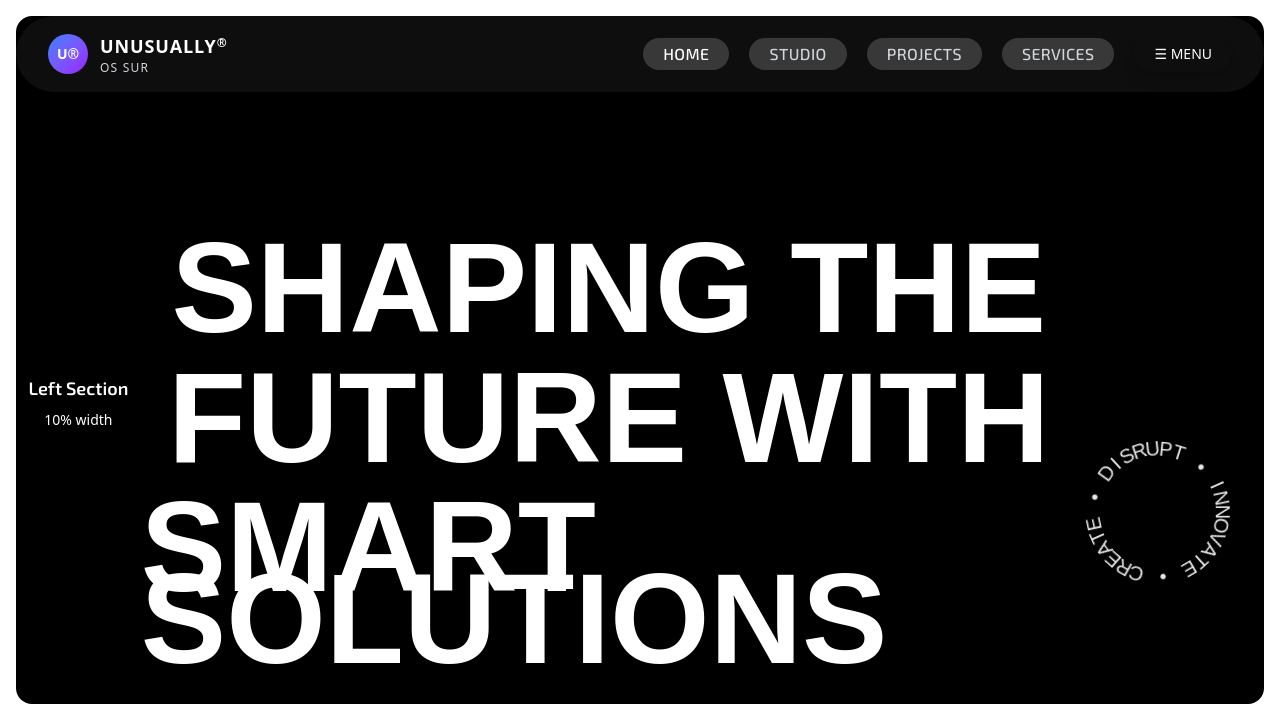
Repository: A-y-u-s-h-29/Digital-Express-India-With-Carrer-Page-And-RazorPay
Page: / (app in op/)
The author's editor kept a copy of each file at every save. The page is drawn from the files as they stood at one save, then again after the next save.
The browser window is 1280 px wide. The pictures show the whole page.
Some web fonts or font styles are not loaded; a fallback is used. The project was rebuilt for these pictures with package versions that can differ from the ones it lists, and the page was loaded fresh each time. Also part of the build but not shown: op/vite.config.js.

Above is the page before, as saved 2025-12-04 15:31:28.

### op/index.html
<!doctype html>
<html lang="en">
  <head>
    <meta charset="UTF-8" />
    <link rel="icon" type="image/svg+xml" href="/vite.svg" />
    <meta name="viewport" content="width=device-width, initial-scale=1.0" />
    <link rel="preconnect" href="https://fonts.googleapis.com">
<link rel="preconnect" href="https://fonts.gstatic.com" crossorigin>
<link href="https://fonts.googleapis.com/css2?family=Alan+Sans:wght@300..900&family=Big+Shoulders:opsz,wght@10..72,100..900&family=Exo+2:ital,wght@0,100..900;1,100..900&family=Montserrat:ital,wght@0,100..900;1,100..900&family=Orbitron:wght@400..900&family=Poppins:ital,wght@0,100;0,200;0,300;0,400;0,500;0,600;0,700;0,800;0,900;1,100;1,200;1,300;1,400;1,500;1,600;1,700;1,800;1,900&family=Rajdhani:wght@300;400;500;600;700&display=swap" rel="stylesheet">
<link rel="preconnect" href="https://fonts.googleapis.com">
<link rel="preconnect" href="https://fonts.gstatic.com" crossorigin>
<link href="https://fonts.googleapis.com/css2?family=Alan+Sans:wght@300..900&family=Big+Shoulders:opsz,wght@10..72,100..900&family=Exo+2:ital,wght@0,100..900;1,100..900&family=Montserrat:ital,wght@0,100..900;1,100..900&family=Orbitron:wght@400..900&family=Poppins:ital,wght@0,100;0,200;0,300;0,400;0,500;0,600;0,700;0,800;0,900;1,100;1,200;1,300;1,400;1,500;1,600;1,700;1,800;1,900&family=Rajdhani:wght@300;400;500;600;700&display=swap" rel="stylesheet">
    <title>op</title>
  </head>
  <body>
    <div id="root"></div>
    <script type="module" src="/src/main.jsx"></script>
  </body>
</html>

### op/src/index.css
@import "tailwindcss";
*{
  box-sizing: border-box;
}
.big {
  font-family: "Big Shoulders", sans-serif;

  font-style: normal;
}
.exo {
  font-family: "Exo 2", sans-serif;

  font-style: normal;
}

### op/src/App.jsx
import React from 'react'
import Home from './components/Home'

function App() {
  return (
   <>
   <Home/>


   </>
  )
}

export default App

### op/src/components/Home.jsx
import React from "react";
import Navbar from "./Navbar";
import CircularText from "./CircularText";


function Home() {
  return (
    <div className="w-full max-h-screen lg:h-[120vh] lg:py-4 lg:px-4">
      <div className="rounded-b-4xl lg:rounded-2xl w-full h-full flex flex-col relative overflow-hidden bg-black">
        {/* Transparent Navbar */}
        <div className="relative z-20">
          <Navbar />
        </div>

        {/* Three Column Layout */}
        <div className="flex flex-1 relative z-10 text-white">
          {/* Left Column - 10% width */}
          <div className="w-[10%] flex items-center justify-center">
            <div className="text-white text-center">
              <p className="exo font-semibold text-lg">Left Section</p>
              <p className="text-sm mt-2">10% width</p>
            </div>
          </div>

          {/* Middle Column - 75% width */}
          <div className="w-[75%] flex flex-col justify-center items-center big">
            <div className="w-full h-full flex flex-col">
              {/* Top Row - 40% height */}
              <div className="h-[40%] flex items-end justify-center pb-4">
                <h1 className="text-5xl md:text-9xl leading-tight md:leading-[4.5rem] font-bold text-white drop-shadow-2xl">
                  SHAPING THE
                </h1>
              </div>

              {/* Middle Row - 30% height */}
              <div className="h-[25%] flex items-center justify-center">
                <h1 className="text-5xl md:text-9xl leading-tight lg:leading-[4.5rem] font-bold text-white drop-shadow-2xl">
                  FUTURE WITH
                </h1>
              </div>

              {/* Bottom Row - 30% height */}
              <div className="h-[35%] flex items-start justify-center pt-4">
                <h1 className="text-5xl md:text-9xl leading-tight lg:leading-[4.5rem] font-bold text-white drop-shadow-2xl">
                  SMART SOLUTIONS
                </h1>
              </div>
            </div>
          </div>

          {/* Right Column - 15% width */}
          <div className="w-[15%] flex flex-col justify-center  ">
            {/* Vertical Circular Text */}
            <div className="relative h-full  ">
              <button className="mt-55">
              <CircularText
                text="INNOVATE • CREATE • DISRUPT • "
                spinDuration={30}
                onHover="speedUp"
                className="text-white/90  big font-light text-xs  "
              />
              </button>


              {/* Scroll indicator */}

            </div>


          </div>
        </div>
      </div>
    </div>
  );
}

export default Home;

### op/src/components/Navbar.jsx
import React, { useState, useRef, useEffect } from 'react';
import { gsap } from 'gsap';

function Navbar({ isHomePage = false }) {
  const [isMenuOpen, setIsMenuOpen] = useState(false);
  const menuOverlayRef = useRef(null);
  const mobileMenuRef = useRef(null);

  // Menu items data for the menu overlay
  const menuOverlayItems = [
    { title: 'HOME', number: '01' },
    { title: 'ABOUT', number: '02' },
    { title: 'PROJECTS', number: '03' },
    { title: 'SERVICES', number: '04' },

  ];

  // Menu items for navbar links
  const navMenuItems = [
    { title: 'HOME', color: 'from-blue-500 to-cyan-400' },
    { title: 'STUDIO', color: 'from-purple-500 to-pink-500' },
    { title: 'PROJECTS', color: 'from-green-500 to-emerald-400' },
    { title: 'SERVICES', color: 'from-yellow-500 to-orange-500' },
    { title: 'ABOUT', color: 'from-red-500 to-rose-400' },
    { title: 'CONTACT', color: 'from-indigo-500 to-blue-400' },
  ];

  // Initialize menu as hidden
  useEffect(() => {
    if (menuOverlayRef.current) {
      menuOverlayRef.current.style.display = 'none';
    }
  }, []);

  const handleMenuClick = () => {
    const wasOpen = isMenuOpen;
    setIsMenuOpen(!wasOpen);

    if (!wasOpen) {
      // OPEN MENU ANIMATION - bottom-right से slide in
      if (menuOverlayRef.current) {
        menuOverlayRef.current.style.display = 'flex';

        // Get the menu container
        const menuContainer = menuOverlayRef.current.querySelector('.relative');

        if (menuContainer) {
          // Initial position - off screen bottom-right
          gsap.set(menuContainer, {
            x: '100%',
            y: '100%',
            opacity: 0,
            scale: 0.9,
            transformOrigin: 'bottom right'
          });

          // Animate to position
          gsap.to(menuContainer, {
            x: 0,
            y: 0,
            opacity: 1,
            scale: 1,
            duration: 0.8,
            ease: 'expo.out'
          });

          // Background fade in
          gsap.fromTo(menuOverlayRef.current,
            { opacity: 0 },
            { opacity: 1, duration: 0.4 }
          );

          // Menu items animation (from bottom)
          const menuItems = menuContainer.querySelectorAll('.menu-item');
          gsap.fromTo(menuItems,
            {
              opacity: 0,
              y: 40
            },
            {
              opacity: 1,
              y: 0,
              duration: 0.6,
              stagger: 0.1,
              delay: 0.3,
              ease: 'power3.out'
            }
          );

          // Close button animation
          const closeBtn = menuContainer.querySelector('.close-btn');
          if (closeBtn) {
            gsap.fromTo(closeBtn,
              { opacity: 0, rotation: -45 },
              { opacity: 1, rotation: 0, duration: 0.5, delay: 0.8 }
            );
          }
        }
      }

      // Mobile menu animation
      if (mobileMenuRef.current) {
        gsap.fromTo(
          mobileMenuRef.current,
          { height: 0, opacity: 0 },
          { height: 'auto', opacity: 1, duration: 0.4 }
        );
      }
    } else {
      // CLOSE MENU ANIMATION - bottom-right को slide out
      if (menuOverlayRef.current) {
        const menuContainer = menuOverlayRef.current.querySelector('.relative');

        if (menuContainer) {
          // Menu items exit
          const menuItems = menuContainer.querySelectorAll('.menu-item');
          gsap.to(menuItems,
            {
              opacity: 0,
              y: 20,
              duration: 0.3,
              stagger: 0.05,
              ease: 'power2.in'
            }
          );

          // Close button exit
          const closeBtn = menuContainer.querySelector('.close-btn');
          if (closeBtn) {
            gsap.to(closeBtn, {
              opacity: 0,
              rotation: 45,
              duration: 0.3
            });
          }

          // Menu container slide out to bottom-right
          gsap.to(menuContainer, {
            x: '100%',
            y: '100%',
            opacity: 0,
            scale: 0.9,
            duration: 0.6,
            ease: 'expo.in',
            onComplete: () => {
              if (menuOverlayRef.current) {
                menuOverlayRef.current.style.display = 'none';
              }
            }
          });

          // Background fade out
          gsap.to(menuOverlayRef.current, {
            opacity: 0,
            duration: 0.4
          });
        }
      }

      // Mobile menu exit animation
      if (mobileMenuRef.current) {
        gsap.to(mobileMenuRef.current, {
          height: 0,
          opacity: 0,
          duration: 0.3
        });
      }
    }
  };

  return (
    <>
      {/* Main Navbar */}
      <nav
        className={`w-full px-6 py-4 lg:px-8 lg:py-4 ${isHomePage ? 'bg-transparent' : 'bg-[#0E0E0E]'} rounded-full relative z-50`}
      >
        <div className="flex items-center justify-between">
          {/* Logo/Brand Section */}
          <div className="flex items-center">
            <div className="w-10 h-10 rounded-full bg-gradient-to-br from-blue-500 to-purple-600 flex items-center justify-center mr-3">
              <span className="text-white font-bold text-sm">U®</span>
            </div>
            <div className="flex flex-col">
              <span className="text-white font-bold text-lg tracking-wider">UNUSUALLY<sup className="text-xs">®</sup></span>
              <span className="text-gray-300 text-xs tracking-widest">OS SUR</span>
            </div>
          </div>

          <div className='flex items-center gap-5'>
            {/* Desktop Navigation Links */}
            <div className="hidden md:flex items-center space-x-5 exo text-md">
              {navMenuItems.slice(0, 4).map((item, index) => (
                <a
                  key={index}
                  href="#"
                  className={`text-gray-300 font-medium tracking-wide hover:text-white transition-colors duration-300 bg-[#383838] px-5 py-1 rounded-full ${item.title === 'HOME' ? 'text-white' : ''}`}
                >
                  {item.title}
                </a>
              ))}
            </div>

            {/* Menu Button */}
            <button
              onClick={handleMenuClick}
              className="px-5 py-2  text-white text-sm font-medium rounded-full hover:from-blue-700 hover:to-purple-700 transition-all duration-300 shadow-lg hover:shadow-xl relative z-50"
            >
              {isMenuOpen ? '✕ CLOSE' : '☰ MENU'}
            </button>

            {/* Mobile Menu Button (Hamburger) */}
            <button
              onClick={handleMenuClick}
              className="ml-4 md:hidden relative z-50"
            >
              <div className={`w-6 h-0.5 bg-white mb-1.5 transition-all duration-300 ${isMenuOpen ? 'rotate-45 translate-y-2' : ''}`}></div>
              <div className={`w-6 h-0.5 bg-white mb-1.5 transition-all duration-300 ${isMenuOpen ? 'opacity-0' : ''}`}></div>
              <div className={`w-6 h-0.5 bg-white transition-all duration-300 ${isMenuOpen ? '-rotate-45 -translate-y-2' : ''}`}></div>
            </button>
          </div>
        </div>

        {/* Mobile Menu Dropdown */}
        <div
          ref={mobileMenuRef}
          className="md:hidden mt-4 pt-4 border-t border-gray-800 overflow-hidden"
          style={{ height: '0px' }}
        >
          <div className="flex flex-col space-y-4">
            {navMenuItems.map((item, index) => (
              <a
                key={index}
                href="#"
                className={`text-gray-300 font-medium py-2 hover:text-white transition-colors ${item.title === 'HOME' ? 'text-white' : ''}`}
              >
                {item.title}
              </a>
            ))}
          </div>
        </div>
      </nav>

      {/* Fullscreen Menu Overlay */}
      <div
        ref={menuOverlayRef}
        className="fixed inset-0  z-40 hidden items-end justify-end px-4 rounded-2xl "
      >
        {/* Menu Container - Image के according simple design */}
        <div
          className="relative h-[70vh] w-[45vw] bg-white  rounded-4xl overflow-hidden shadow-2xl transform-gpu "
          style={{
            transformOrigin: 'bottom right'
          }}
        >
          {/* Simple Header with Brand */}
          <div className="absolute top-8 left-8">
            <div className="flex items-center space-x-3">

              <div>

              </div>
            </div>
          </div>



          {/* Main Content Area - Center aligned like image */}
          <div className="h-full flex flex-col justify-center items-center px-12 ">
            {/* Menu Items - Single Column, Large text like image */}
            <div className="w-full  space-y-2">
              {menuOverlayItems.map((item, index) => (
                <a
                  key={index}
                  href="#"
                  className="menu-item group relative block w-full"
                >
                  <div className="flex items-center justify-between">
                    {/* Title - Left side */}
                    <div className="relative overflow-hidden p-0.5">
                      <h3 className="text-black font-extrabold text-5xl lg:text-7xl  exo tracking-tight opacity-90  group-hover:opacity-100 transition-all duration-500">
                        {item.title}
                      </h3>
                      {/* Underline animation */}

                    </div>

                    {/* Number in parentheses - Right side */}
                    <div className="text-gray-500 text-3xl lg:text-4xl font-light group-hover:text-white transition-colors duration-500">
                      ({item.number})
                    </div>
                  </div>
                </a>
              ))}
            </div>


          </div>


        </div>
      </div>
    </>
  );
}

export default Navbar;

### op/src/components/CircularText.jsx
import React, { useEffect } from 'react';
import { motion, useAnimation, useMotionValue } from 'framer-motion';

const CircularText = ({
  text = 'Circular Text Animation • ',
  spinDuration = 20,
  onHover = 'speedUp',
  className = '',
}) => {
  const letters = Array.from(text);
  const controls = useAnimation();
  const rotation = useMotionValue(0);

  const getRotationTransition = (duration, from, loop = true) => ({
    from,
    to: from + 360,
    ease: 'linear',
    duration,
    type: 'tween',
    repeat: loop ? Infinity : 0,
  });

  const getTransition = (duration, from) => ({
    rotate: getRotationTransition(duration, from),
    scale: {
      type: 'spring',
      damping: 20,
      stiffness: 300,
    },
  });

  useEffect(() => {
    const start = rotation.get();
    controls.start({
      rotate: start + 360,
      scale: 1,
      transition: getTransition(spinDuration, start),
    });
  }, [spinDuration, text, onHover, controls, rotation]);

  const handleHoverStart = () => {
    const start = rotation.get();

    if (!onHover) return;

    let transitionConfig;
    let scaleVal = 1;

    switch (onHover) {
      case 'slowDown':
        transitionConfig = getTransition(spinDuration * 2, start);
        break;
      case 'speedUp':
        transitionConfig = getTransition(spinDuration / 4, start);
        break;
      case 'pause':
        transitionConfig = {
          rotate: { type: 'spring', damping: 20, stiffness: 300 },
          scale: { type: 'spring', damping: 20, stiffness: 300 },
        };
        break;
      case 'goBonkers':
        transitionConfig = getTransition(spinDuration / 20, start);
        scaleVal = 0.8;
        break;
      default:
        transitionConfig = getTransition(spinDuration, start);
    }

    controls.start({
      rotate: start + 360,
      scale: scaleVal,
      transition: transitionConfig,
    });
  };

  const handleHoverEnd = () => {
    const start = rotation.get();
    controls.start({
      rotate: start + 360,
      scale: 1,
      transition: getTransition(spinDuration, start),
    });
  };

  return (
    <div className="flex min-h-[400px] items-center justify-center rounded-lg">
      <motion.div
        className={`relative m-0 mx-auto h-[160px] w-[160px] origin-center cursor-pointer rounded-full text-center font-black text-white ${className}`}
        style={{ rotate: rotation }}
        initial={{ rotate: 0 }}
        animate={controls}
        onMouseEnter={handleHoverStart}
        onMouseLeave={handleHoverEnd}
      >
        {letters.map((letter, i) => {
          const rotationDeg = (360 / letters.length) * i;
          const factor = Math.PI / letters.length;
          const x = factor * i;
          const y = factor * i;
          const transform = `rotateZ(${rotationDeg}deg) translate3d(${x}px, ${y}px, 0)`;

          return (
            <span
              key={i}
              className="absolute  inset-0 inline-block text-xl transition-all duration-500 ease-out"
              style={{
                transform: transform,
                WebkitTransform: transform
              }}
            >

              {letter}
            </span>
          );
        })}

      </motion.div>
    </div>
  );
};

export default CircularText;

Loaded but not shown: op/src/main.jsx (common file)

After the next save:
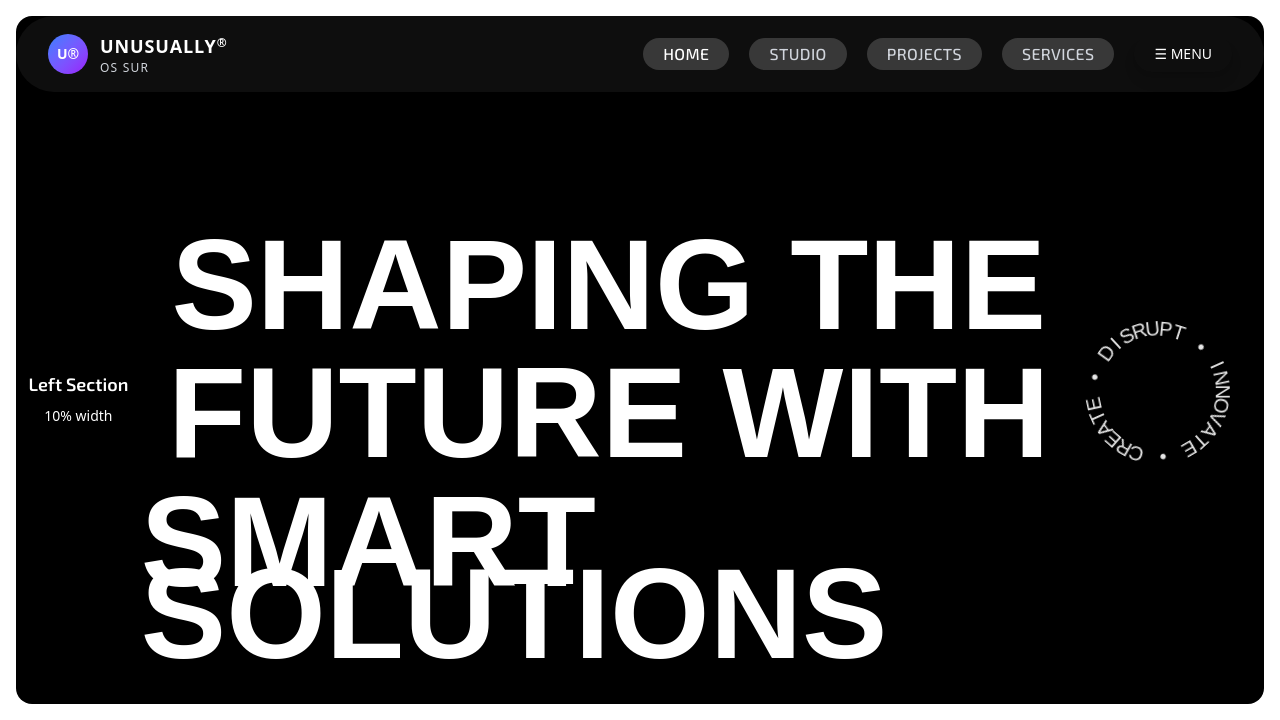
Saved 4 s later.
--- a/op/src/components/Home.jsx
+++ b/op/src/components/Home.jsx
@@ -52,7 +52,7 @@ function Home() {
           <div className="w-[15%] flex flex-col justify-center  ">
             {/* Vertical Circular Text */}
             <div className="relative h-full  ">
-              <button className="mt-55">
+              <button className="mt-25">
               <CircularText
                 text="INNOVATE • CREATE • DISRUPT • "
                 spinDuration={30}
